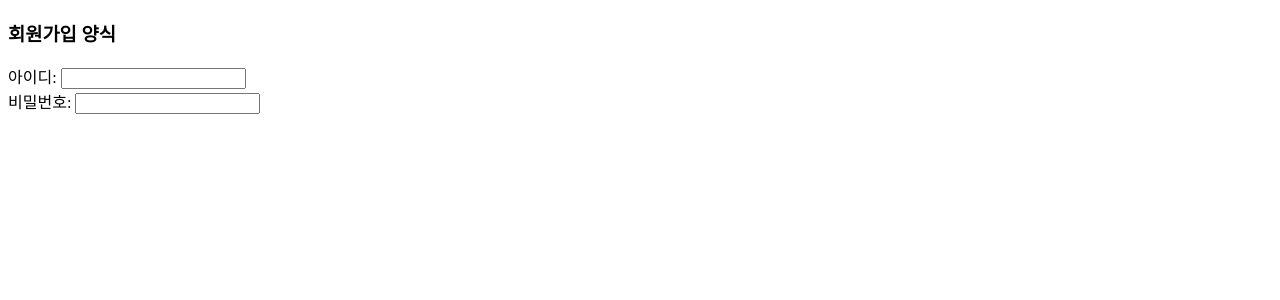
Repository: YeonHaw/jsp
Page: JSPBasic/src/main/webapp/HTML/Index05.html
The author's editor kept a copy of each file at every save. The page is drawn from the files as they stood at one save, then again after the next save.
The browser window is 1280 px wide. The pictures show the whole page.

Above is the page before, as saved 2023-12-27 02:33:41.

After the next save:
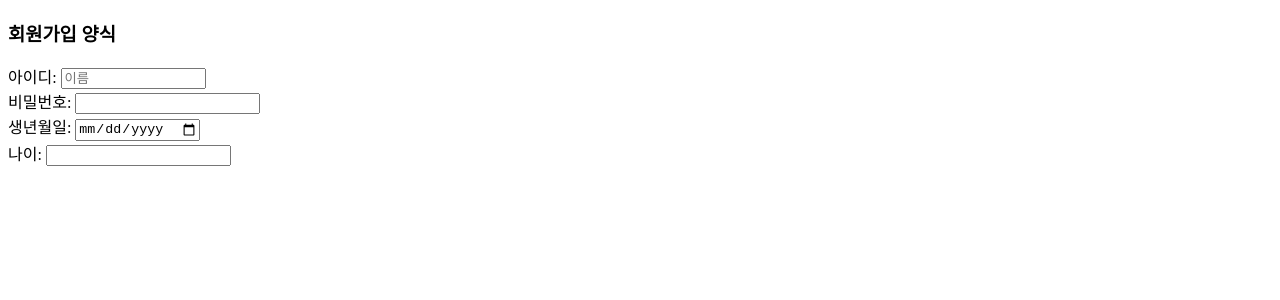
Saved 4 min 31 s later.
--- a/JSPBasic/src/main/webapp/HTML/Index05.html
+++ b/JSPBasic/src/main/webapp/HTML/Index05.html
@@ -9,8 +9,11 @@
 <h3> 회원가입 양식</h3>
 
 <from>
-	아이디: <input type="text" name="ID"><br>
-	비밀번호: <input type="password" name="pw">
+	아이디: <input type="text" name="ID" size="15" maxlength="5" placeholder="이름"><br>
+	비밀번호: <input type="password" name="pw"><br>
+	생년월일: <input type="date" name="brith"><br>
+	나이: <input type="number" name="age"><br>
+
 </from>
 </body>
 </html>
